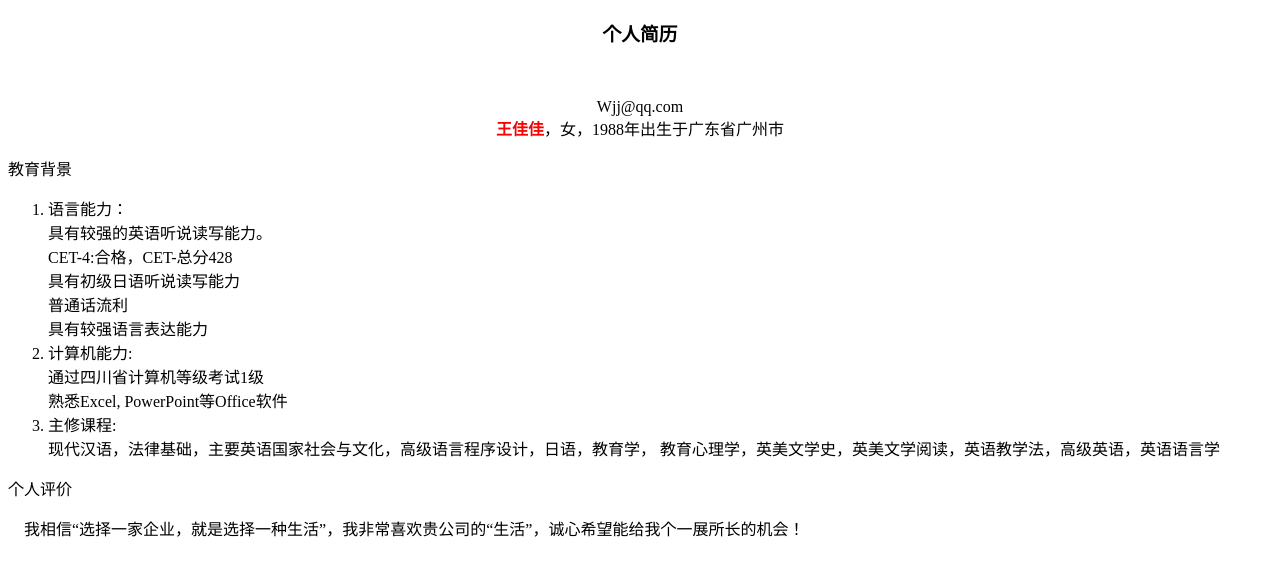
Repository: sheep9590/Test
Page: http://localhost/Prj03/index2.jsp
An editor plug-in stored every save of this project. The page is shown before and after the next save, followed by the edit.
The browser window is 1280 px wide. The pictures show the whole page.
The page is served by Tomcat 9.

Above is the page before, as saved 2021-09-07 15:25:24.

### eclipse-workspace/Prj03/WebRoot/index2.jsp
<%@ page language="java" contentType="text/html; charset=UTF-8"
    pageEncoding="UTF-8"%>
<!DOCTYPE html>
<html>
<head>
<meta charset="UTF-8">
<title>MyFirstPage.html</title>
</head>
<body>
<h3 align="center">个人简历</h3><br/>
<p align="center">Wjj@qq.com<br>
<font color="#FF0000" face="仿宋_GB2312" size="3"><b>王佳佳</b></font>，女，1988年出生于广东省广州市<br></p>
教育背景
<ol>
<li>语言能力：<br>具有较强的英语听说读写能力。<br>CET-4:合格，CET-总分428<br>具有初级日语听说读写能力<br>普通话流利<br>
具有较强语言表达能力 </li>
<li>计算机能力:<br>通过四川省计算机等级考试1级<br>熟悉Excel, PowerPoint等Office软件</li>
<li>主修课程:<br>现代汉语，法律基础，主要英语国家社会与文化，高级语言程序设计，日语，教育学， 教育心理学，英美文学史，英美文学阅读，英语教学法，高级英语，英语语言学</li>
</ol>
个人评价
<p>&nbsp;&nbsp;&nbsp;&nbsp;我相信“选择一家企业，就是选择一种生活”，我非常喜欢贵公司的“生活”，诚心希望能给我个一展所长的机会！</p>
</body>
</html>

After the next save:
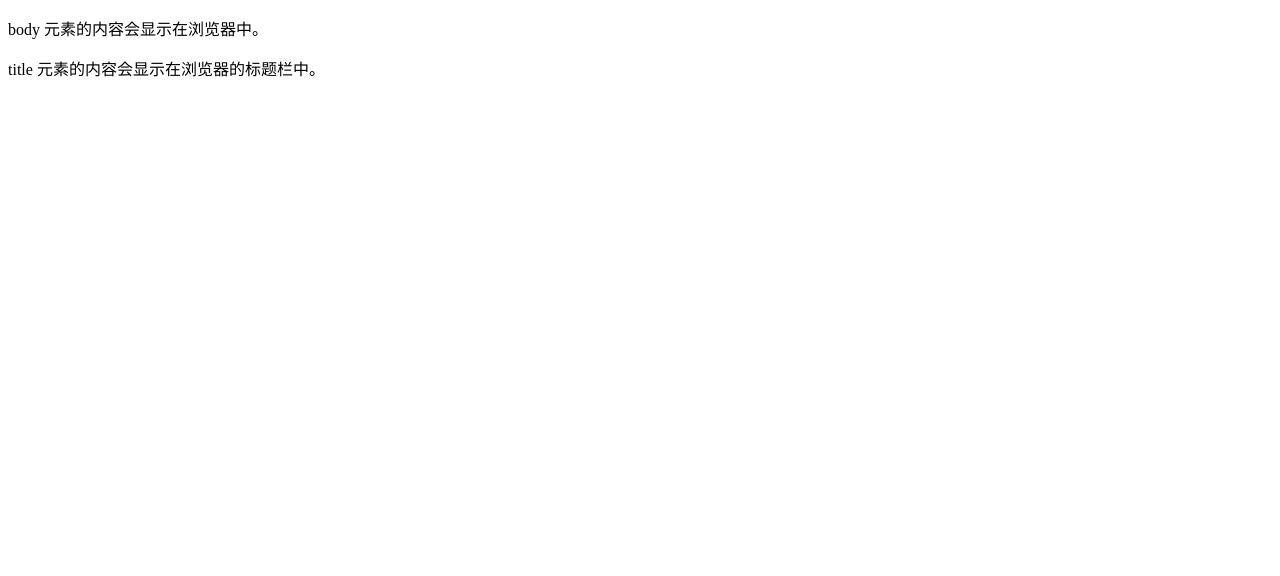
Saved 41 min 34 s later.
--- a/eclipse-workspace/Prj03/WebRoot/index2.jsp
+++ b/eclipse-workspace/Prj03/WebRoot/index2.jsp
@@ -4,20 +4,11 @@
 <html>
 <head>
 <meta charset="UTF-8">
-<title>MyFirstPage.html</title>
+<head>
+<title>我的第一个 HTML 页面</title>
 </head>
 <body>
-<h3 align="center">个人简历</h3><br/>
-<p align="center">Wjj@qq.com<br>
-<font color="#FF0000" face="仿宋_GB2312" size="3"><b>王佳佳</b></font>，女，1988年出生于广东省广州市<br></p>
-教育背景
-<ol>
-<li>语言能力：<br>具有较强的英语听说读写能力。<br>CET-4:合格，CET-总分428<br>具有初级日语听说读写能力<br>普通话流利<br>
-具有较强语言表达能力 </li>
-<li>计算机能力:<br>通过四川省计算机等级考试1级<br>熟悉Excel, PowerPoint等Office软件</li>
-<li>主修课程:<br>现代汉语，法律基础，主要英语国家社会与文化，高级语言程序设计，日语，教育学， 教育心理学，英美文学史，英美文学阅读，英语教学法，高级英语，英语语言学</li>
-</ol>
-个人评价
-<p>&nbsp;&nbsp;&nbsp;&nbsp;我相信“选择一家企业，就是选择一种生活”，我非常喜欢贵公司的“生活”，诚心希望能给我个一展所长的机会！</p>
+<p>body 元素的内容会显示在浏览器中。</p>
+<p>title 元素的内容会显示在浏览器的标题栏中。</p>
 </body>
 </html>
